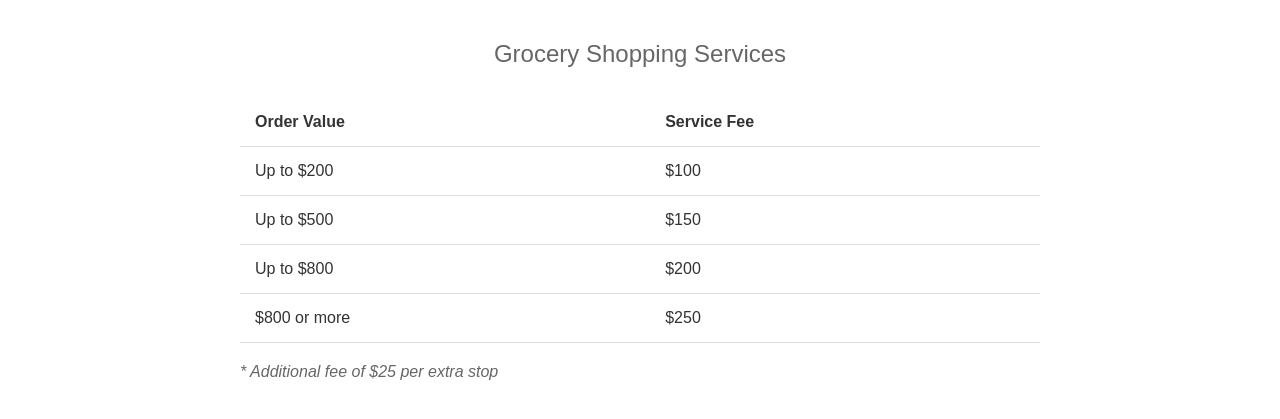
Repository: chvg1968/airphonebook
Page: src/html/pages/shopping.html
An editor plug-in stored every save of this project. The page is shown before and after the next save, followed by the edit.
The browser window is 1280 px wide. The pictures show the whole page.

Above is the page before, as saved 2025-05-08 18:54:15.

After the next save:
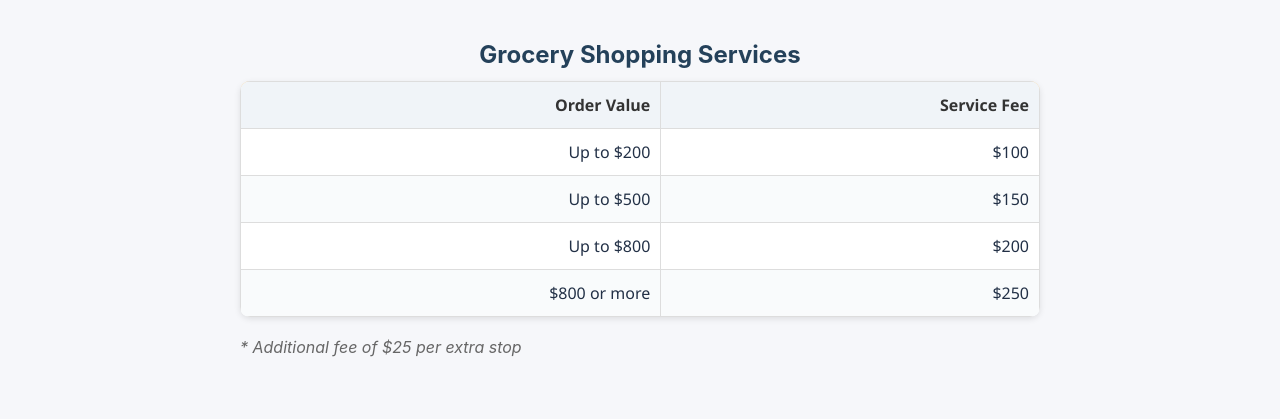
Saved 83 min 37 s later.
--- a/src/html/pages/shopping.html
+++ b/src/html/pages/shopping.html
@@ -4,35 +4,64 @@
     <meta charset="UTF-8">
     <meta name="viewport" content="width=device-width, initial-scale=1.0">
     <title>Luxe Properties - Rates and Fees</title>
-    <style>
-        body {
-            font-family: Arial, sans-serif;
-            max-width: 800px;
-            margin: 0 auto;
-            padding: 20px;
-            color: #333;
-        }
-        h1, h2 {
-            text-align: center;
-            color: #666;
-            font-weight: normal;
-        }
-        .rates-table {
-            width: 100%;
-            border-collapse: collapse;
-            margin-top: 30px;
-        }
-        .rates-table th, .rates-table td {
-            padding: 15px;
-            text-align: left;
-            border-bottom: 1px solid #ddd;
-        }
-        .note {
-            color: #666;
-            font-style: italic;
-            margin-top: 20px;
-        }
-    </style>
+    <link rel="stylesheet" href="../../../assets/styles/components/modal.css">
+<link rel="stylesheet" href="../../../assets/styles/components/table.css">
+<style>
+    body {
+        font-family: 'Inter', 'Segoe UI', 'Roboto', Arial, sans-serif;
+        max-width: 800px;
+        margin: 0 auto;
+        padding: 20px;
+        color: #223046;
+        background: #f6f7fa;
+    }
+    h1, h2 {
+        text-align: center;
+        color: #24415a;
+        font-weight: 700;
+        margin-bottom: 0.5em;
+    }
+    .note {
+        color: #666;
+        font-style: italic;
+        margin-top: 20px;
+    }
+    .rates-table {
+        width: 100%;
+        border-collapse: collapse;
+        font-family: 'Segoe UI', 'Inter', Arial, sans-serif;
+        background: #fff;
+        box-shadow: 0 2px 6px rgba(0,0,0,0.10);
+        margin-bottom: 20px;
+        border-radius: 10px;
+        overflow: hidden;
+    }
+    .rates-table th, .rates-table td {
+        padding: 12px 10px;
+        border: 1px solid #ddd;
+        text-align: right;
+        white-space: nowrap;
+    }
+    .rates-table thead th {
+        background-color: #f0f4f8;
+        color: #333;
+        font-weight: 600;
+    }
+    .rates-table th {
+        font-weight: 700;
+    }
+    .rates-table tbody tr:nth-child(even) td {
+        background-color: #f9fbfc;
+    }
+    .rates-table td {
+        background: #fff;
+        color: #223046;
+    }
+    .rates-table tfoot td {
+        font-weight: bold;
+        background-color: #eef2f6;
+    }
+</style>
 </head>
 <body>
     <h2>Grocery Shopping Services</h2>
